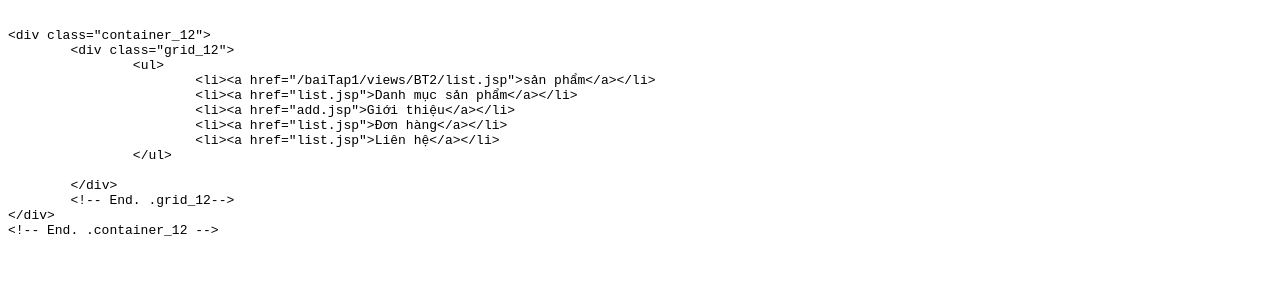
Repository: leducnam1805/JSP-SERVLET
Page: http://localhost/baiTap1/views/BT2/inc/menu.jsp
The author's editor kept a copy of each file at every save. The page is drawn from the files as they stood at one save, then again after the next save.
The browser window is 1280 px wide. The pictures show the whole page.
The page is served by Tomcat 9.

Above is the page before, as saved 2020-06-24 03:11:47.

### loiGiai/baiTap1/WebContent/views/BT2/inc/menu.jsp
<%@ page language="java" contentType="text/jsp; charset=UTF-8"
	pageEncoding="UTF-8"%>
<div class="container_12">
	<div class="grid_12">
		<ul>
			<li><a href="<%=request.getContextPath()%>/views/BT2/list.jsp">sản phẩm</a></li>
			<li><a href="list.jsp">Danh mục sản phẩm</a></li>
			<li><a href="add.jsp">Giới thiệu</a></li>
			<li><a href="list.jsp">Đơn hàng</a></li>
			<li><a href="list.jsp">Liên hệ</a></li>
		</ul>

	</div>
	<!-- End. .grid_12-->
</div>
<!-- End. .container_12 -->

After the next save:
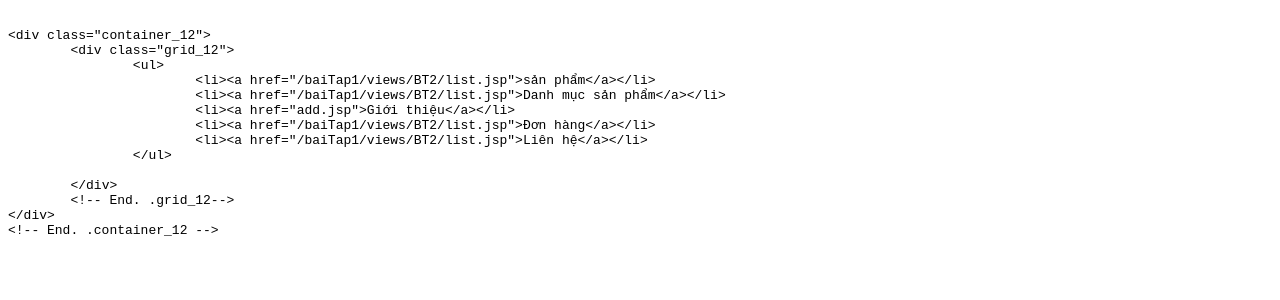
Saved 13 s later.
--- a/loiGiai/baiTap1/WebContent/views/BT2/inc/menu.jsp
+++ b/loiGiai/baiTap1/WebContent/views/BT2/inc/menu.jsp
@@ -4,10 +4,10 @@
 	<div class="grid_12">
 		<ul>
 			<li><a href="<%=request.getContextPath()%>/views/BT2/list.jsp">sản phẩm</a></li>
-			<li><a href="list.jsp">Danh mục sản phẩm</a></li>
+			<li><a href="<%=request.getContextPath()%>/views/BT2/list.jsp">Danh mục sản phẩm</a></li>
 			<li><a href="add.jsp">Giới thiệu</a></li>
-			<li><a href="list.jsp">Đơn hàng</a></li>
-			<li><a href="list.jsp">Liên hệ</a></li>
+			<li><a href="<%=request.getContextPath()%>/views/BT2/list.jsp">Đơn hàng</a></li>
+			<li><a href="<%=request.getContextPath()%>/views/BT2/list.jsp">Liên hệ</a></li>
 		</ul>
 
 	</div>
